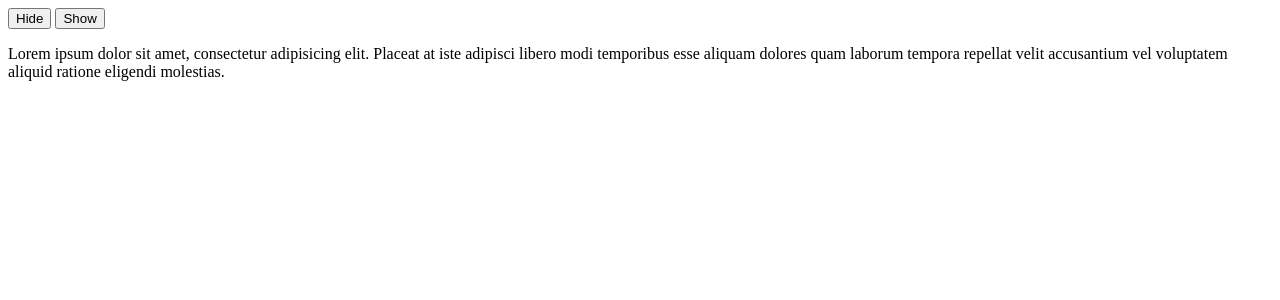
Repository: venkatesakki/JavaDeveloper
Page: javascript_example/src/main/webapp/event_handling.html
The author's editor kept a copy of each file at every save. The page is drawn from the files as they stood at one save, then again after the next save.
The browser window is 1280 px wide. The pictures show the whole page.

Above is the page before, as saved 2022-06-27 11:39:15.
Console error: TypeError: Cannot read properties of null (reading 'style')

After the next save:
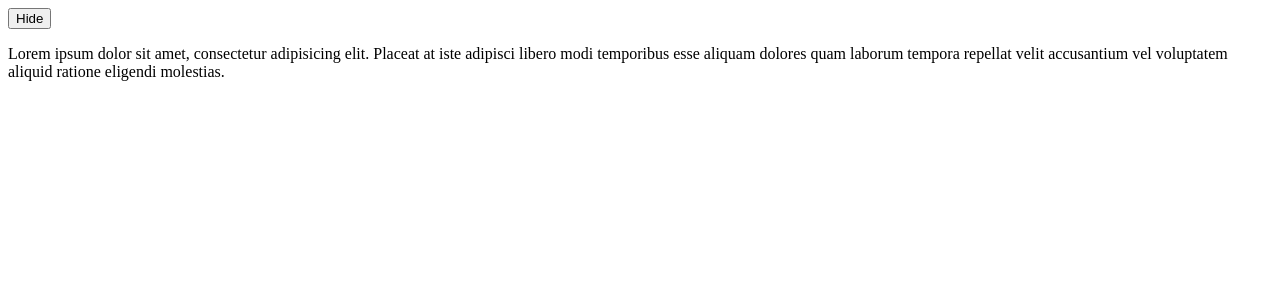
Console error: SyntaxError: Unexpected token '<'
Saved 52 s later.
--- a/javascript_example/src/main/webapp/event_handling.html
+++ b/javascript_example/src/main/webapp/event_handling.html
@@ -8,13 +8,14 @@
 {
 	var para=document.getElementById("para1");
 	para.style.display="none";
+	<button value="showBtn" onclick="showPara()">Show</button>
 
 	}
 </script>
 </head>
 <body>
 <button value="hideBtn" onclick="hidePara()">Hide</button>
-<button value="showBtn" onclick="showPara()">Show</button>
+
 
 <p id="para1">
 Lorem ipsum dolor sit amet, consectetur adipisicing elit.

After the save that followed:
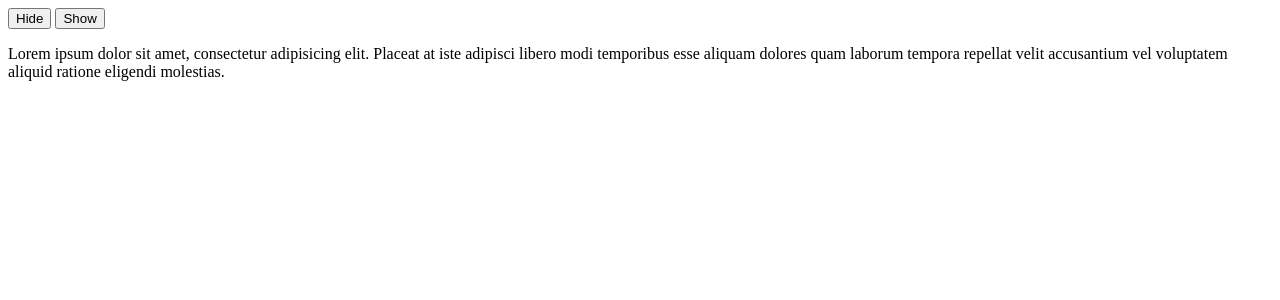
Console error: TypeError: Cannot read properties of null (reading 'style')
Saved 52 s later.
--- a/javascript_example/src/main/webapp/event_handling.html
+++ b/javascript_example/src/main/webapp/event_handling.html
@@ -8,14 +8,14 @@
 {
 	var para=document.getElementById("para1");
 	para.style.display="none";
-	<button value="showBtn" onclick="showPara()">Show</button>
+
 
 	}
 </script>
 </head>
 <body>
 <button value="hideBtn" onclick="hidePara()">Hide</button>
-
+<button value="showBtn" onclick="showPara()">Show</button>
 
 <p id="para1">
 Lorem ipsum dolor sit amet, consectetur adipisicing elit.
